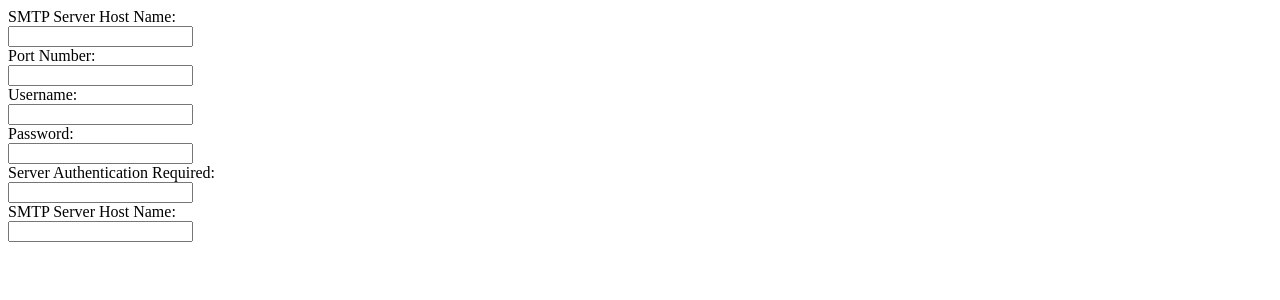
Repository: thanhadp24/mylocal
Page: http://localhost/settings/mail_server
The author's editor kept a copy of each file at every save. The page is drawn from the files as they stood at one save, then again after the next save.
The browser window is 1280 px wide. The pictures show the whole page.
The page is this project's Thymeleaf template; nobody is signed in. The template is opened directly, without the code that normally fills it, so the values that code supplies are empty.

Above is the page before, as saved 2024-12-11 16:11:29.

After the next save:
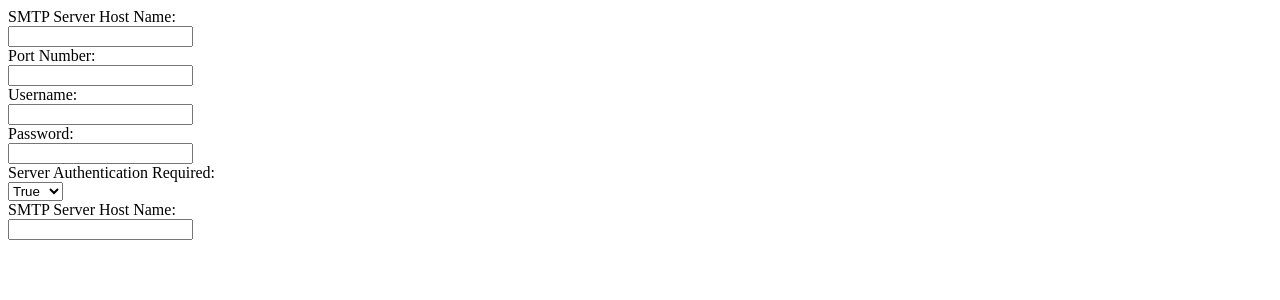
Saved 42 s later.
--- a/ShopappProject/ShopappWebParent/ShopappBackEnd/src/main/resources/templates/settings/mail_server.html
+++ b/ShopappProject/ShopappWebParent/ShopappBackEnd/src/main/resources/templates/settings/mail_server.html
@@ -30,7 +30,10 @@
 	<div class="form-group row">
 		<label class="col-sm-4 col-form-label">Server Authentication Required:</label>
 		<div class="col-sm-8">
-			<input type="text" class="form-control" >
+			<select>
+				<option value="true">True</option>
+				<option value="false">False</option>
+			</select>
 		</div>
 	</div>
 	<div class="form-group row">
